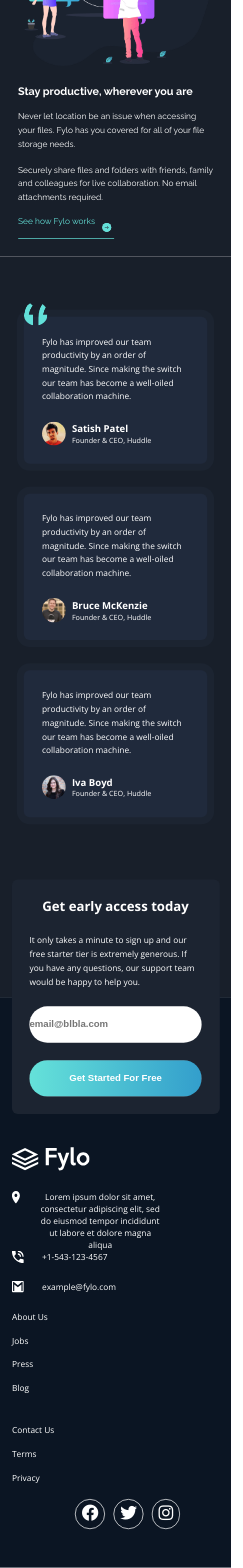
Repository: tomas938/fylo-dark-theme-landing-page-master
Page: index.html
These files come from the project's save history. The page is drawn as it stood at one moment and after the next save; the edit follows.
The browser window is 330 px wide. The page is 347 px wide, so the pictures cover 347 px, including what lies to the right of the window. The pictures show the part of the page from y = 1758 to 3998 px (the page is 3998 px tall before and 3981 px after), at 70% of full size.
Some web libraries are served in a nearby version. The style sheet was rebuilt from its Sass, Less or Tailwind sources for each picture, by a compiler version that may differ from the author's.

Above is the page before, as saved 2021-08-06 10:36:19.

### index.html
<!DOCTYPE html>
<html lang="en">
	<head>
		<meta charset="UTF-8" />
		<meta name="viewport" content="width=device-width, initial-scale=1.0" />
		<link
			rel="icon"
			type="image/png"
			sizes="32x32"
			href="./images/favicon-32x32.png"
		/>
		<title>
			Frontend Mentor | Fylo landing page with dark theme and features grid
		</title>
		<link rel="stylesheet" href="https://pro.fontawesome.com/releases/v5.10.0/css/all.css" integrity="sha384-AYmEC3Yw5cVb3ZcuHtOA93w35dYTsvhLPVnYs9eStHfGJvOvKxVfELGroGkvsg+p" crossorigin="anonymous"/>
		<link rel="stylesheet" href="/scss/main.css" />
	</head>
	<body>
		<section class="intro">
			<nav class="intro__navigation">
				<img src="/images/logo.svg" alt="" />
				<ul class="intro__navigation__links">
					<li><a href="#">Features</a></li>
					<li><a href="#">Team</a></li>
					<li><a href="#">Sign In</a></li>
				</ul>
			</nav>
			<div class="intro__description">
				<img class="bg-image" src="/images/illustration-intro.png" alt="" />
				<h1>All your files in one secure location, accessible anywhere.</h1>
				<p>
					Fylo stores all your most important files in one secure location.
					Access them wherever you need, share and collaborate with friends
					family, and co-workers.
				</p>
				<button class="blue-rounded">Get Started</button>
			</div>
		</section>
		<section class="about">
			<div class="about__item">
				<img src="/images/icon-access-anywhere.svg" class="icon"></img>
				<h3>Access your files, anywhere</h3>
				<p>
					The ability to use a smartphone, tablet, or computer to access your
					account means your files follow you everywhere.
				</p>
			</div>
			<div class="about__item">
				<img src="/images/icon-security.svg" class="icon"></img>
				<h3>Security you can trust</h3>
				<p>
					2-factor authentication and user-controlled encryption are just a
					couple of the security features we allow to help secure your files.
				</p>
			</div>
			<div class="about__item">
				<img src="/images/icon-collaboration.svg" class="icon"></img>
				<h3>Real-time collaboration</h3>
				<p>
					Securely share files and folders with friends, family and colleagues
					for live collaboration. No email attachments required.
				</p>
			</div>
			<div class="about__item">
				<img src="/images/icon-any-file.svg" class="icon"></img>
				<h3>Store any type of file</h3>
				<p>
					Whether you're sharing holidays photos or work documents, Fylo has you
					covered allowing for all file types to be securely stored and shared.
				</p>
			</div>
		</section>
    <section class="informations">
      <div class="informations__image">
        <img src="/images/illustration-stay-productive.png" alt="">
      </div>
      <div class="informations__content">
        <h4>Stay productive, wherever you are</h4>
        <p> Never let location be an issue when
		accessing your files. Fylo has you covered for all of your file storage
		needs.</p>
        <p> Securely share files and folders with friends, family and colleagues
		for live collaboration. No email attachments required.</p>
        <div class="link">
          <a href="#"> See how Fylo works</a>
          <img src="/images/icon-arrow.svg" alt="">
        </div>
      </div>
    </section>
    <section class="testimonials">
      <div class="testimonials__item">
        <img class="quotes" src="/images/bg-quotes.png" alt="">
        <p>	Fylo has improved our team productivity by an order of magnitude. Since
		making the switch our team has become a well-oiled collaboration machine.</p>
      <div class="person">
        <img src="/images/profile-1.jpg" alt="">
        <div class="person__information">
          <h4>	Satish Patel </h4>
          <h5> Founder & CEO, Huddle</h5>
        </div>
      </div>
      </div>
      <div class="testimonials__item">
        <p>	Fylo has improved our team productivity
		by an order of magnitude. Since making the switch our team has become a
		well-oiled collaboration machine.</p>
      <div class="person">
        <img src="/images/profile-2.jpg" alt="">
        <div class="person__information">
          <h4>Bruce McKenzie </h4>
          <h5> Founder & CEO, Huddle</h5>
        </div>
      </div>
      </div>
      <div class="testimonials__item">
        <p>	Fylo has improved our team productivity
		by an order of magnitude. Since making the switch our team has become a
		well-oiled collaboration machine.</p>
      <div class="person">
        <img src="/images/profile-3.jpg" alt="">
        <div class="person__information">
          <h4>	Iva Boyd </h4>
          <h5> Founder & CEO, Huddle</h5>
        </div>
      </div>
      </div>
    </section >
	<section class="contact">
		<div class="contact__item">
			<h3>Get early access today</h3>
			<p>	 It only takes a minute to sign
		  up and our free starter tier is extremely generous. If you have any
		  questions, our support team would be happy to help you.</p>
		  <input type="text" placeholder="email@blbla.com">
		  <button class="blue-rounded ">Get Started For Free</button>
		</div>
	</section>
	<!-- <footer class="footer">
		<div class="footer__wrapper">
			<div class="desk">
				<img class="logo" src="/images/logo.svg" alt="">
				<div  class="footer__wrapper__information">
					<div class="left">

						<div class="footer__wrapper__information__item">
							<img  src="/images/icon-location.svg" alt="">
							<p>Lorem ipsum dolor sit amet, consectetur adipiscing elit, sed do eiusmod
					tempor incididunt ut labore et dolore magna aliqua</p>
						</div>
					</div>
					<div class="right">

						<div class="footer__wrapper__information__item">
							<img src="/images/icon-phone.svg" alt="">
							<p> +1-543-123-4567</p>
						</div>
						<div class="footer__wrapper__information__item">
							<img  src="/images/icon-email.svg" alt="">
							<p>example@fylo.com</p>
						</div>
					</div>
					<div class="left-link">

						<div class="links-up">
							<a href="#">About Us</a>
							<a href="#">Jobs</a>
							<a href="#">Press</a>
							<a href="#"> Blog</a>
						</div>
					</div>
					<div class="right-link">

						<div class="links-down">
							<a href="#"> Contact Us</a>
							<a href="#">Terms</a>
							<a href="#"> Privacy</a>
						</div>
					</div>
					<div class="icons">
						<a href="#" ><i class="fab fa-facebook fa-2x"></i></a>
						<a href="#"><i class="fab fa-twitter fa-2x"></i></a>
						<a href="#">  <i class="fab fa-instagram fa-2x"></i>
						</a>
					</div>
				</div>
			</div>
		</div>
	</footer> -->


	<footer >
		<div class="wrapper">
		<img class="logo" src="/images/logo.svg" alt="">
		<div class="footer__content">
			<div class="location">
				<img  src="/images/icon-location.svg" alt="">
							<p>Lorem ipsum dolor sit amet, consectetur adipiscing elit, sed do eiusmod
					tempor incididunt ut labore et dolore magna aliqua</p>
			</div>
			<div class="phone-email">
				<div class="phone"><img src="/images/icon-phone.svg" alt="">
							<p> +1-543-123-4567</p></div>
				<div class="email"><img  src="/images/icon-email.svg" alt="">
							<p>example@fylo.com</p></div>
			</div>
			<div class="right-links">
					<a href="#">About Us</a>
							<a href="#">Jobs</a>
							<a href="#">Press</a>
							<a href="#"> Blog</a>
			</div>
			<div class="left-links">
						<a href="#"> Contact Us</a>
							<a href="#">Terms</a>
							<a href="#"> Privacy</a>
			</div>
			<div class="icons">
						<a href="#" ><i class="fab fa-facebook fa-2x"></i></a>
						<a href="#"><i class="fab fa-twitter fa-2x"></i></a>
						<a href="#">  <i class="fab fa-instagram fa-2x"></i>
						</a>
			</div>
		</div>
		</div>
	</footer>



	</body>
</html>

### scss/main.scss
@import "./_partials/variables";
@import "./_partials/_reset";
@import "./_partials/_intro";
@import "./_partials/_about";
@import "./_partials/_informations";
@import "./_partials/_testimonials";
@import "./_partials/_contact";
@import "./_partials/_footer";

### scss/_partials/_variables.scss
// COLORS //

// ### Primary //

$intro-bg: hsl(217, 28%, 15%); // intro email sign up
$main-bg: hsl(218, 28%, 13%);
$footer-bg: hsl(216, 53%, 9%);
$testimonials-bg: hsl(219, 30%, 18%);

// ### Accent //

$cayn: hsl(176, 68%, 64%); //(inside call-to-action gradient)//
$blue: hsl(198, 60%, 50%); //(inside call-to-action gradient)//
$error: hsl(0, 100%, 63%);

// ### Neutral //

$white: hsl(0, 0%, 100%);

// FONTS //

// ### Headings, Call-to-actions, Header Navigation //

@import url("https://fonts.googleapis.com/css2?family=Raleway:wght@400;700&display=swap");

$heading-font: "Raleway", sans-serif;
$heading-light: 400;
$heading-bold: 700;

// ### Body //

@import url("https://fonts.googleapis.com/css2?family=Open+Sans:wght@400;700&family=Raleway:wght@400;700&display=swap");

$body-font: "Open Sans", sans-serif;
$body-light: 400;
$body-bold: 700;

// Button
.blue-rounded {
	max-width: 30rem;
	font-size: 1.6rem;
	font-weight: $heading-bold;
	border: none;
	outline: none;
	color: $white;
	background-image: linear-gradient(to right, $cayn, $blue);
	border-radius: 3rem;
	height: 6rem;
	width: 100%;
}

### scss/_partials/_reset.scss
* {
	margin: 0;
	padding: 0;
	box-sizing: border-box;
}
body {
	color: $white;
	font-family: $body-font;
}
html {
	font-size: 62.5%;

	// @media only screen and (min-width: 1400px) {
	// 	font-size: 83.5%;
	// }
	// @media only screen and (max-width: 800px) {
	// 	font-size: 83.5%;
	// }
	@media only screen and (max-width: 600px) {
		font-size: 63.5%;
	}
	@media only screen and (max-width: 375px) {
		font-size: 53.5%;
	}
}
a {
	text-decoration: none;
}
li {
	list-style: none;
}

### scss/_partials/_intro.scss
.intro {
	background-color: $intro-bg;
	font-family: $heading-font;
	background-image: url(/images/bg-curvy-mobile.svg);
	background-repeat: no-repeat;
	background-position: bottom;
	background-size: 150% 50%;

	&__navigation {
		padding: 3rem 2rem;
		display: flex;
		justify-content: space-between;
		@media only screen and (min-width: 800px) {
			padding: 3rem 8rem;
		}
	}
	img {
		width: 10rem;
		height: 2.95rem;
	}

	&__navigation__links {
		display: flex;
		align-items: center;
	}
	li:not(:last-child) {
		margin-right: 2.2rem;
	}
	a {
		color: $white;
		font-weight: $heading-light;
		font-size: 1.4rem;
	}
	&__description {
		max-width: 60rem;
		padding: 3rem;
		margin: auto;
		display: flex;
		flex-direction: column;
		align-items: center;
		grid-gap: 2rem;
	}
	.bg-image {
		width: 100%;
		height: 100%;
	}
	h1 {
		font-size: 2.5rem;
		text-align: center;
		line-height: 3.5rem;
	}
	p {
		font-size: 1.4rem;
		line-height: 2.3rem;
		text-align: center;
	}
}

### scss/_partials/_about.scss
.about {
	display: grid;
	grid-template-columns: 1fr;
	@media only screen and (min-width: 800px) {
		grid-template-columns: 35rem 35rem;
		grid-gap: 10rem;
		justify-content: center;
	}
	justify-items: center;
	grid-gap: 5rem;
	background-color: $main-bg;
	font-family: $heading-font;
	padding: 5rem 0;
	&__item {
		max-width: 35rem;

		display: flex;
		flex-direction: column;
		align-items: center;
		justify-content: center;
		padding: 0 1.5rem;
		grid-gap: 1rem;
	}
	.icon {
		margin-bottom: 3rem;
	}
	h3 {
		font-size: 2.2rem;
	}
	p {
		font-size: 1.4rem;
		line-height: 2.3rem;
	}
	h3,
	p {
		text-align: center;
	}
}

### scss/_partials/_informations.scss
.informations {
	display: flex;
	flex-direction: column;
	@media only screen and (min-width: 800px) {
		flex-direction: row;
	}
	justify-content: center;
	align-items: center;
	grid-gap: 3rem;
	font-family: $heading-font;
	background-color: $main-bg;
	padding: 3rem;
	&__image {
		@media only screen and (min-width: 1000px) {
			width: 40%;
		}
		img {
			width: 100%;
		}
	}
	&__content {
		max-width: 60rem;
		@media only screen and (min-width: 800px) {
			max-width: 50%;
		}
		@media only screen and (min-width: 1000px) {
			width: 40%;
		}
		display: flex;
		flex-direction: column;
		grid-gap: 2rem;
	}
	h3 {
		text-align: center;
	}

	h4 {
		font-size: 1.8rem;
	}
	p {
		font-size: 1.4rem;
		line-height: 2.3rem;
		text-align: left;
	}
	.link {
		display: flex;
		align-items: center;
		justify-content: flex-start;
		border-bottom: 1px solid $cayn;
		width: 16rem;
		a {
			font-size: 1.4rem;
			color: $cayn;
		}
		img {
			margin-left: 1rem;
			height: 2rem;
		}
	}
}

### scss/_partials/_testimonials.scss
.testimonials {
	background-color: $main-bg;
	display: flex;
	flex-direction: column;
	@media only screen and (min-width: 800px) {
		flex-direction: row;
		grid-gap: 3rem;
	}
	align-items: center;
	grid-gap: 5rem;
	padding: 10rem 4rem 30rem 4rem;
	position: relative;
	&__item {
		max-width: 60rem;
		background-color: $testimonials-bg;
		border-radius: 1rem;
		box-shadow: 0px 0px 0px 10px $intro-bg;
		padding: 3rem;
		display: flex;
		flex-direction: column;
		grid-gap: 3rem;
		position: relative;
		.quotes {
			position: absolute;
			top: -2.5rem;
			left: 0;
		}
	}
	.person {
		display: flex;
		align-items: center;
		grid-gap: 1rem;
	}
	img {
		border-radius: 50%;
		width: 4rem;
		height: 4rem;
	}
	p {
		font-size: 1.4rem;
		line-height: 2.3rem;
	}
	h4 {
		font-size: 1.6rem;
	}
	h5 {
		font-size: 1.2rem;
		font-weight: $heading-light;
	}
}

### scss/_partials/_contact.scss
.contact {
	display: flex;
	justify-content: center;
	position: relative;
	.contact__item {
		position: absolute;
		width: 90%;
		transform: translateY(-50%);
		z-index: 1;
		background-color: $intro-bg;
		padding: 3rem;
		border-radius: 1rem;
		max-width: 60rem;
		display: flex;
		flex-direction: column;
		align-items: center;
		grid-gap: 3rem;
	}
	h3 {
		font-size: 2.2rem;
	}
	p {
		font-size: 1.4rem;
		line-height: 2.3rem;
	}
	input {
		max-width: 30rem;
		font-size: 1.6rem;
		font-weight: $heading-bold;
		border: none;
		outline: none;
		color: $white;
		border-radius: 3rem;
		height: 6rem;
		width: 100%;
	}
}

### scss/_partials/_footer.scss
// .footer {
// 	display: flex;
// 	justify-content: center;
// 	@media only screen and (min-width: 1000px) {
// 		display: block;
// 	}
// 	width: 100%;
// 	background-color: $footer-bg;
// 	color: $white;
// 	.footer__wrapper {
// 		max-width: 60rem;
// 		display: flex;
// 		flex-direction: column;
// 		@media only screen and (min-width: 1000px) {
// 			width: 100%;
// 			flex-direction: row;
// 		}
// 		grid-gap: 3rem;
// 		padding: 30rem 3rem 3rem 3rem;
// 		font-size: 1.6rem;
// 		&__information {
// 			display: flex;
// 			flex-direction: column;
// 			@media only screen and (min-width: 1000px) {
// 				flex-direction: row;
// 				justify-content: space-between;
// 			}
// 			grid-gap: 3rem;
// 		}
// 		&__information__item {
// 			display: flex;
// 			grid-gap: 3rem;
// 		}
// 		.logo {
// 			width: 16rem;
// 			height: 5rem;
// 			margin-bottom: 3rem;
// 		}
// 		.links-up,
// 		.links-down {
// 			display: flex;
// 			flex-direction: column;
// 			grid-gap: 2rem;
// 		}
// 		.links-up {
// 			padding-top: 5rem;
// 			@media only screen and (min-width: 1000px) {
// 				padding-top: 0rem;
// 			}
// 		}
// 		.links-down {
// 			padding-bottom: 5rem;
// 		}
// 		.icons {
// 			display: flex;
// 			justify-content: center;
// 		}

// 		i {
// 			border: 1px solid $white;
// 			border-radius: 50px;
// 			margin: 0.5rem;
// 			padding: 1rem;
// 		}
// 		img {
// 			width: 2rem;
// 			height: 2rem;
// 		}
// 		a {
// 			color: $white;
// 		}
// 	}
// }
// .desk {
// 	display: flex;
// 	flex-direction: column;
// 	justify-content: space-between;
// 	align-items: space-between;
// }
// .right {
// 	display: flex;
// 	grid-gap: 3rem;
// 	flex-direction: column;

footer {
	background-color: $footer-bg;
	font-size: 1.4rem;
	padding: 25rem 6rem 6rem 6rem;
	display: flex;
	@media only screen and (max-width: 500px) {
		padding-top: 25rem;
		padding-left: 2rem;
	}
	flex-direction: column;
	@media only screen and (max-width: 1100px) {
		display: flex;
		align-items: flex-start;
	}
	.footer__content {
		display: flex;
		justify-content: space-between;
		@media only screen and (max-width: 1100px) {
			width: 50%;
			flex-direction: column !important;
			text-align: center;
		}
	}
	.right-links,
	.left-links {
		@media only screen and (max-width: 1100px) {
			margin-top: 3rem;
			align-items: flex-start;
		}
		display: flex;
		flex-direction: column;
		align-items: center;
	}
	.location {
		width: 35rem;
		@media only screen and (max-width: 1100px) {
			margin-bottom: 3rem;
			max-width: 50rem;
		}
		@media only screen and (max-width: 330px) {
			max-width: 25rem;
			margin: auto;
		}
	}
}
.logo {
	width: 13rem;
	height: 4rem;
	margin-bottom: 3rem;
}
.location,
.phone,
.email {
	display: flex;
	grid-gap: 3rem;

	img {
		width: 2rem;
		height: 2rem;
	}
}
.phone-email {
	display: flex;
	flex-direction: column;
	grid-gap: 3rem;
	@media only screen and (max-width: 1100px) {
		align-items: flex-start;
	}
}

a {
	color: $white;

	margin-bottom: 2rem;
}
i {
	border: 1px solid $white;
	border-radius: 50px;
	margin: 0.5rem;
	padding: 1rem;
}
.icons {
	@media only screen and (max-width: 1100px) {
		width: 100vw;
	}
}
.wrapper {
	@media only screen and (max-width: 1100px) {
		max-width: 60rem;
		margin: auto;
	}
}

After the next save:
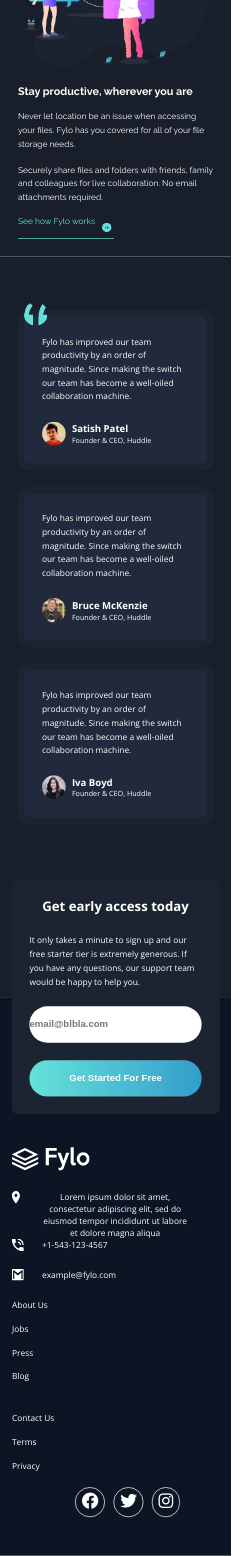
Saved 4 s later.
--- a/scss/_partials/_footer.scss
+++ b/scss/_partials/_footer.scss
@@ -122,7 +122,7 @@ footer {
 			max-width: 50rem;
 		}
 		@media only screen and (max-width: 330px) {
-			max-width: 25rem;
+			max-width: 30rem;
 			margin: auto;
 		}
 	}
